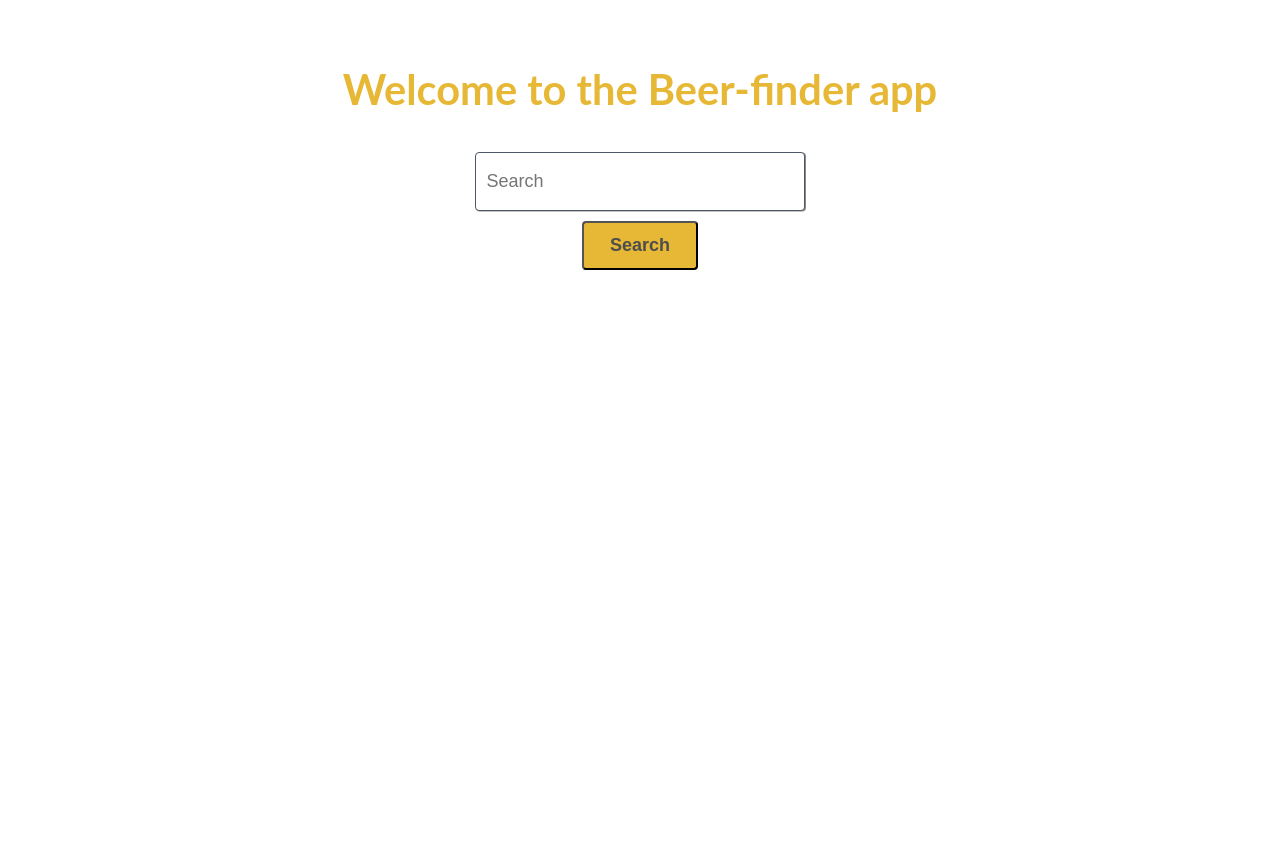
Repository: marcinszymaszek/beer-finder
Page: /
These files come from the project's save history. The page is drawn as it stood at one moment and after the next save; the edit follows.
The browser window is 1280 px wide. The pictures show the whole page.
The project was rebuilt for these pictures with package versions that can differ from the ones it lists, and the page was loaded fresh each time.

Above is the page before, as saved 2020-05-10 21:17:09.

### public/index.html
<!DOCTYPE html>
<html lang="en">
  <head>
    <meta charset="utf-8" />
    <link rel="icon" href="%PUBLIC_URL%/favicon.ico" />
    <meta name="viewport" content="width=device-width, initial-scale=1" />
    <meta name="theme-color" content="#000000" />
    <meta
      name="description"
      content="Web site created using create-react-app"
    />
    <link rel="apple-touch-icon" href="%PUBLIC_URL%/logo192.png" />
    <!--
      manifest.json provides metadata used when your web app is installed on a
      user's mobile device or desktop. See https://developers.google.com/web/fundamentals/web-app-manifest/
    -->
    <link rel="manifest" href="%PUBLIC_URL%/manifest.json" />
    <!--
      Notice the use of %PUBLIC_URL% in the tags above.
      It will be replaced with the URL of the `public` folder during the build.
      Only files inside the `public` folder can be referenced from the HTML.

      Unlike "/favicon.ico" or "favicon.ico", "%PUBLIC_URL%/favicon.ico" will
      work correctly both with client-side routing and a non-root public URL.
      Learn how to configure a non-root public URL by running `npm run build`.
    -->
    <title>Beer-finder App</title>
  </head>
  <body>
    <noscript>You need to enable JavaScript to run this app.</noscript>
    <div id="root"></div>
    <!--
      This HTML file is a template.
      If you open it directly in the browser, you will see an empty page.

      You can add webfonts, meta tags, or analytics to this file.
      The build step will place the bundled scripts into the <body> tag.

      To begin the development, run `npm start` or `yarn start`.
      To create a production bundle, use `npm run build` or `yarn build`.
    -->
  </body>
</html>

### src/index.js
import React from 'react';
import ReactDOM from 'react-dom';
import './index.css';
import App from './components/main/App';
import * as serviceWorker from './serviceWorker';

ReactDOM.render(
  <React.StrictMode>
    <App />
  </React.StrictMode>,
  document.getElementById('root')
);

// If you want your app to work offline and load faster, you can change
// unregister() to register() below. Note this comes with some pitfalls.
// Learn more about service workers: https://bit.ly/CRA-PWA
serviceWorker.unregister();

### src/components/main/App.js
import React, { useState, useEffect } from 'react';
import './App.css';
import Search from '../search/Search'


const App = () => {

  return (
    <div className="main-container">
      <h1 className="app-title">Welcome to the Beer-finder app</h1>
      <Search />


    </div>
  );
}

export default App;

### src/components/main/App.css
.main-container {
  font-family: Lato, sans-serif;
  font-size: 1.5em;
  height: 100vh;
  line-height: 20px;
  font-size: 1.3rem;
  text-align: center;
  margin: 5% 20%;
  color: #e7b835;
}

.app-title{
  line-height: normal;
}

@media (max-width: 790px)  {
  .main-container  {
    font-size: 1.2em;
  }
}

@media (max-width: 580px)  {
  .main-container  {
    height: auto;
    margin-bottom: 20%;
    margin-left: 15%;
    margin-right: 15%;
  }
}

### src/components/search/Search.js
import React, { useState, useEffect } from 'react';
import './Search.css';


const Search = () => {

    const [numberOfUsers, setNumberOfUsers] = useState();

    return (
        <div className="inline-container">
            <div className="input-container">
                <input name="text" type="text" placeholder="Search" />
            </div>
            <button>Search</button>
        </div>
    )
}

export default Search;

### src/components/search/Search.css
.inline-container {
    display: flex;
    flex-flow: wrap;
    align-content: center;
    align-items: stretch;
    justify-content: space-around;
}

input {
    width: 40%;
    margin: 10px;
    padding: 18px 10px;
    border-radius: 4px;
    border: 1px solid #4e5766;
    box-shadow: 1px 0.5px #888888;
    font-size: 18px;
}

.input-container{
    width: 100%;
}

    button {
        padding: 12px 10px;
        width: 15%;
        border-radius: 4px;
        background-color: #e7b835;
        color: #4d4d4d;
        cursor: pointer;
        font-size: 18px;
        font-weight: 700;
    }


@media (max-width: 790px)  {

    button {
        width: 40%;
    }

    input {
        width: 80%;
    }

    .inline-container {
        justify-content: space-evenly;
    }
}

@media (max-width: 580px)  {
    input {
        width: 100%;
        margin: 20px 0px;
        padding: 18px 10px;
    }

    button {
        width: 100%;
    }
  }

Loaded but not shown: src/index.css (common file); src/serviceWorker.js (common file)

After the next save:
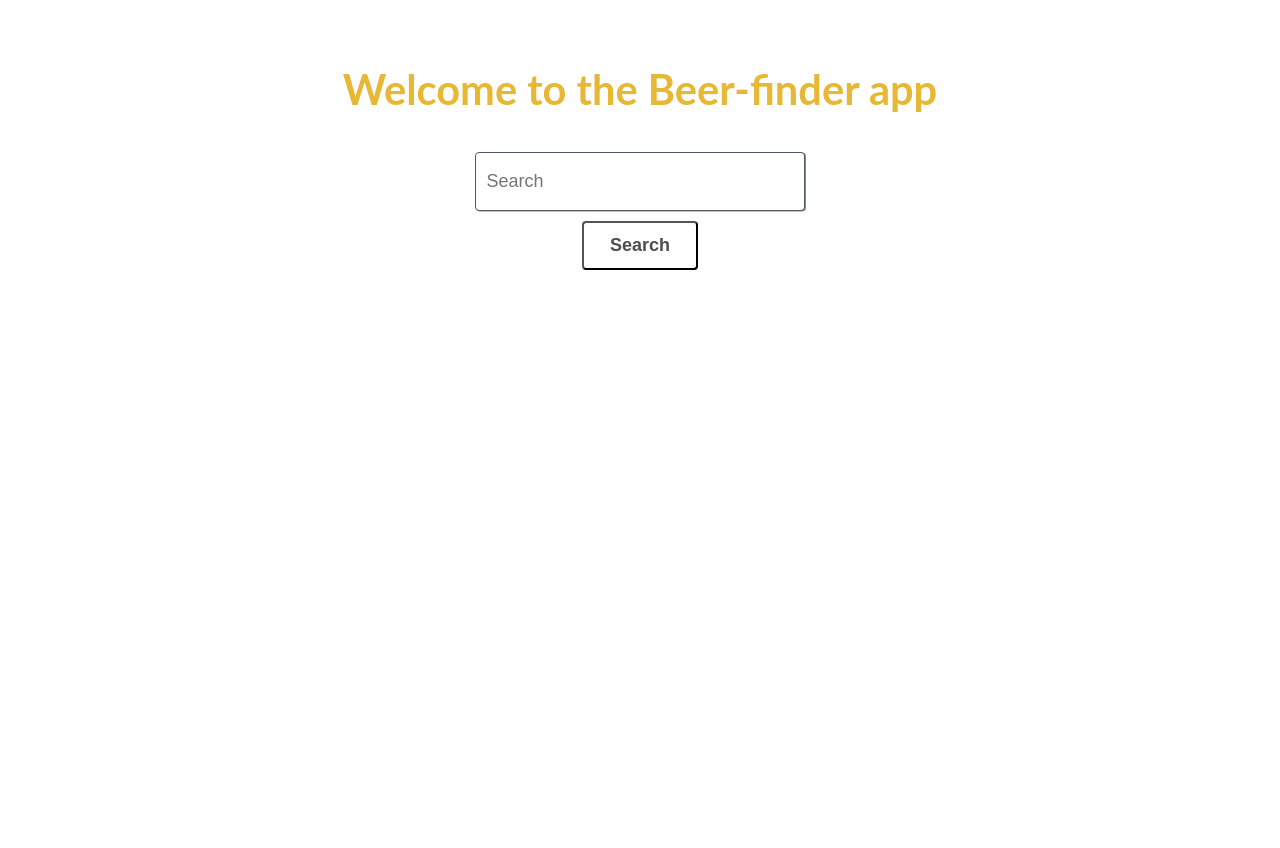
Saved 3 min 22 s later.
--- a/src/components/search/Search.css
+++ b/src/components/search/Search.css
@@ -24,7 +24,7 @@ input {
         padding: 12px 10px;
         width: 15%;
         border-radius: 4px;
-        background-color: #e7b835;
+        background-color: #ffffff;
         color: #4d4d4d;
         cursor: pointer;
         font-size: 18px;
